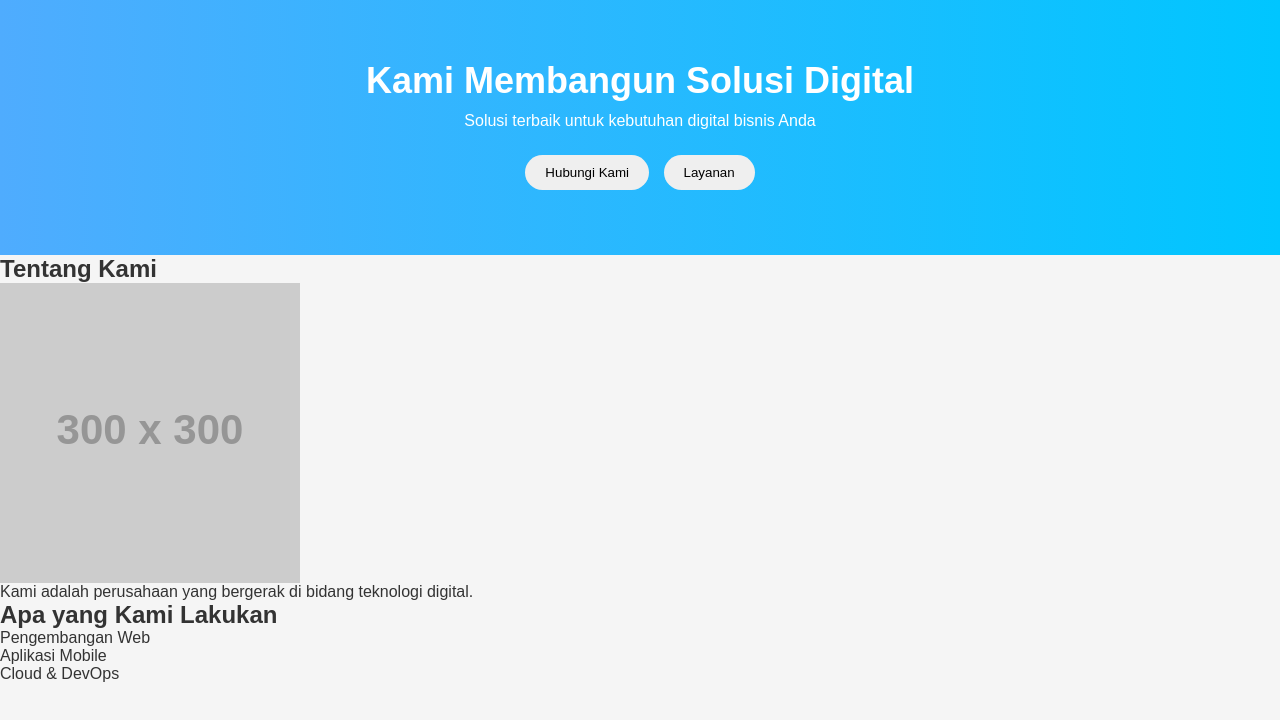
Repository: rufi1126/241552010002-Web-Application-Development
Page: utss/index.html
The author's editor kept a copy of each file at every save. The page is drawn from the files as they stood at one save, then again after the next save.
The browser window is 1280 px wide. The pictures show the whole page.

Above is the page before, as saved 2026-05-08 01:32:00.

After the next save:
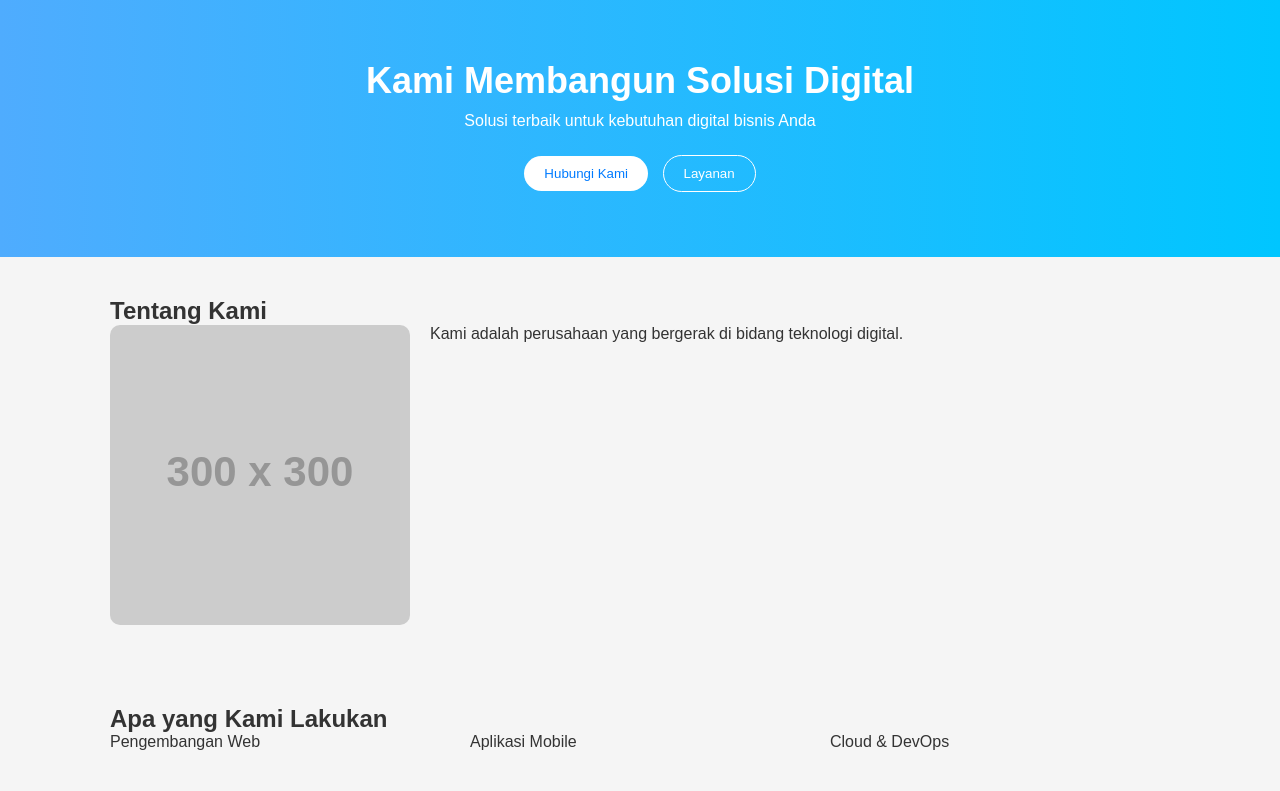
Saved 10 s later.
--- a/utss/style.css
+++ b/utss/style.css
@@ -33,3 +33,37 @@
   margin: 5px;
   cursor: pointer;
 }
+
+.btn-primary {
+  background: white;
+  color: #007BFF;
+}
+
+.btn-secondary {
+  background: transparent;
+  border: 1px solid white;
+  color: white;
+}
+
+section {
+  padding: 40px 20px;
+  max-width: 1100px;
+  margin: auto;
+}
+
+.about {
+  display: flex;
+  gap: 20px;
+  flex-wrap: wrap;
+}
+
+.about img {
+  width: 300px;
+  border-radius: 10px;
+}
+
+.services {
+  display: grid;
+  grid-template-columns: repeat(auto-fit, minmax(200px, 1fr));
+  gap: 20px;
+}
